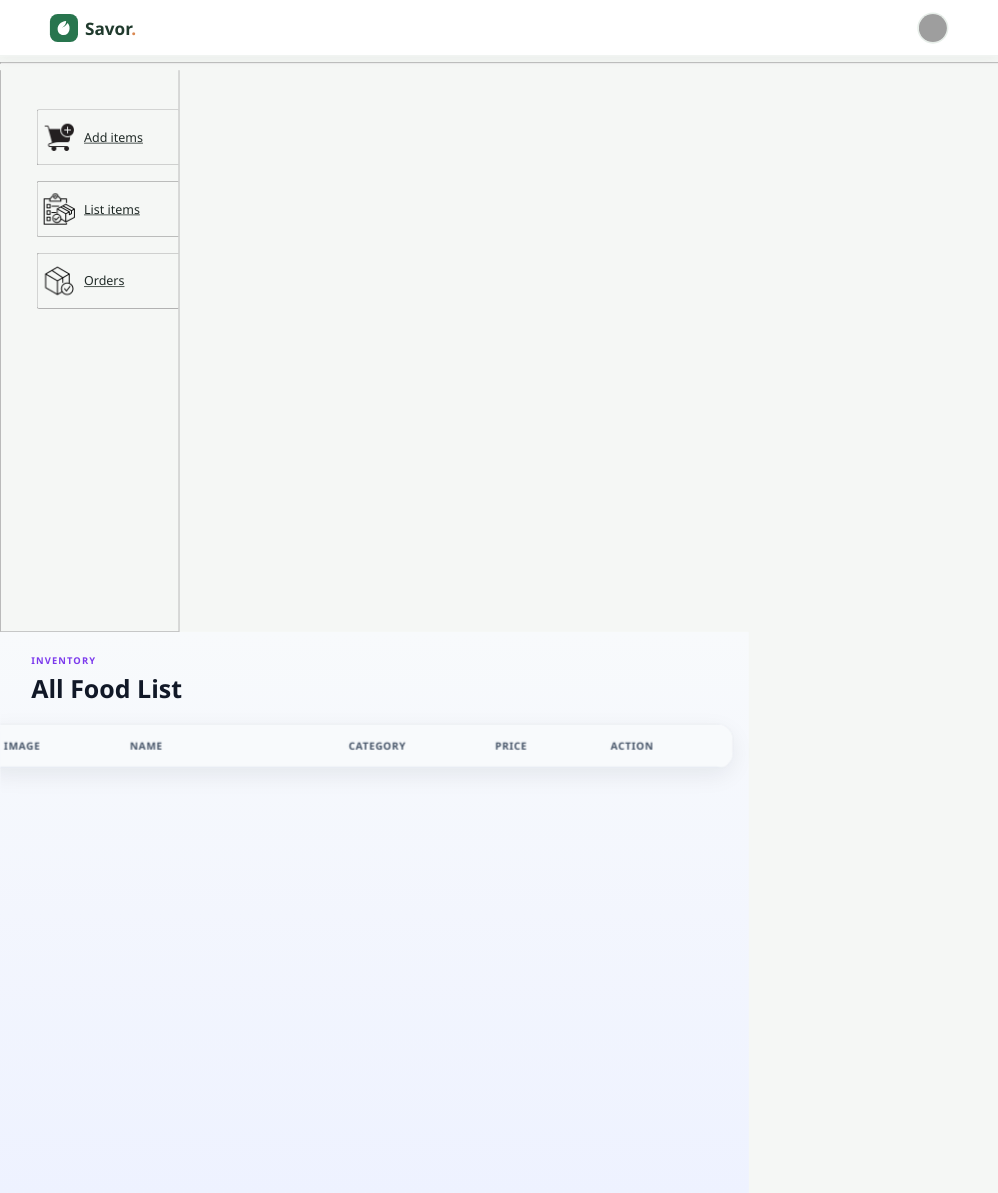
Repository: prince44991/Ecommerce-Project-Full-Stack
Page: /Listitem (app in admin/my-react-app/)
An editor plug-in stored every save of this project. The page is shown before and after the next save, followed by the edit.
The browser window is 1280 px wide. The pictures show the whole page, at 78% of full size.
Pictures or frames that could not be fetched are drawn as grey boxes. The page's requests for data from a server got no answer. The project was rebuilt for these pictures with package versions that can differ from the ones it lists, and the page was loaded fresh each time. No one was signed in, and anything a server would have sent is missing. Also part of the build but not shown: admin/my-react-app/vite.config.js, admin/my-react-app/src/pages/Add/Add.css, admin/my-react-app/src/pages/Add/Add.jsx, admin/my-react-app/src/pages/Order/Order.jsx.

Above is the page before, as saved 2026-09-30 16:13:54.

### admin/my-react-app/index.html
<!doctype html>
<html lang="en">
  <head>
    <meta charset="UTF-8" />
    <link rel="icon" type="image/svg+xml" href="/favicon.svg" />
    <meta name="viewport" content="width=device-width, initial-scale=1.0" />
    <title>my-react-app</title>
  </head>
  <body>
    <div id="root"></div>
    <script type="module" src="/src/main.jsx"></script>
  </body>
</html>

### admin/my-react-app/src/index.css
:root {
  font-family: 'DM Sans', 'Segoe UI', sans-serif;
  font-synthesis: none;
  text-rendering: optimizeLegibility;
  -webkit-font-smoothing: antialiased;
  -moz-osx-font-smoothing: grayscale;
  font-optical-sizing: auto;
  font-weight: 400;
  color: #202a27;
  background: #f5f7f5;
}

* {
  box-sizing: border-box;
}

body {
  min-width: 320px;
  min-height: 100vh;
  margin: 0;
}

button,
input {
  font: inherit;
}

a {
  color: inherit;
}

### admin/my-react-app/src/App.jsx
import Navbar from './components/Navbar/Navbar.jsx'
import Sliderbar from './components/Sliderbar/Sliderbar.jsx'
import { BrowserRouter, Route, Routes } from "react-router-dom"
import Add from './pages/Add/Add.jsx'
import Order from './pages/Order/Order.jsx'
import List from './pages/List/List.jsx'
import { ToastContainer, toast } from 'react-toastify';
function App() {
  return (
    <>
    <BrowserRouter>
    <ToastContainer/>
    <Navbar />
    <hr/>
    <Sliderbar/>
    <Routes>
      <Route path='/Additem' element={<Add/>} />
      <Route path='/Listitem' element={<List/>} />
      <Route path='/Orders' element={<Order/>} />
    </Routes>
    </BrowserRouter>
    </>
  )
}

export default App

### admin/my-react-app/src/components/Navbar/Navbar.jsx
import React from 'react'
import './Navbar.css'

const Navbar = () => {
  return (
    <header className="navbar">
      <a className="navbar__brand" href="#dashboard" aria-label="Savor admin dashboard">
        <span className="navbar__logo" aria-hidden="true">
          <svg viewBox="0 0 32 32" fill="none">
            <path d="M16 27c-6.2 0-10-4.2-10-9.7C6 11.6 10.5 6 19.5 5c-.2 5.6-2.7 8.3-6.8 10.2 3.4-1.1 7-3.7 9.2-7.4C27.7 14 24.8 27 16 27Z" fill="currentColor" />
            <path d="M9 23c3.2-4.2 6.1-6.3 10.8-8.4" stroke="white" strokeWidth="1.8" strokeLinecap="round" />
          </svg>
        </span>
        <span className="navbar__name">Savor<span>.</span></span>
      </a>

      <img
        className="navbar__avatar"
        src="https://images.unsplash.com/photo-1534528741775-53994a69daeb?auto=format&fit=crop&w=128&h=128&q=80"
        alt="Admin profile"
      />
    </header>
  )
}

export default Navbar

### admin/my-react-app/src/components/Sliderbar/Sliderbar.jsx
import React from 'react'
import './Sliderbar.css'
import item from '../../assets/add-to-cart.png';
import list from '../../assets/list-items.png';
import order from '../../assets/package.png';
import { NavLink } from 'react-router-dom';
const Sliderbar = () => {
  return (
    <div>
    <div className="sidebar">
        <div className="sidbar-options">
            <div className="sidbar-option">
                <img src={item} alt="" />
                <NavLink to="/Additem"><p className='par'>Add items</p></NavLink>
            </div>
            <div className="sidbar-option">
                <img src={list} alt="" />
                <NavLink to="/Listitem"><p className='par'>List items</p></NavLink>
            </div>
            <div className="sidbar-option">
                <img src={order} alt="" />
                <NavLink to="/Orders"><p className='par'>Orders</p></NavLink>
            </div>
        </div>
    </div>
    </div>
  )
}

export default Sliderbar

### admin/my-react-app/src/pages/List/List.jsx
import axios from 'axios';
import { useEffect, useState } from 'react';
import './List.css';

const List = () => {
  const [display, setDisplay] = useState([]);

  const datafetch = async () => {
    try {
      const url = 'http://localhost:8001';
      const response = await axios.get(`${url}/view/product`);
      setDisplay(response.data.data);
    } catch (error) {
      console.error('Error fetching products:', error);
      setDisplay([]);
    }
  };

  useEffect(() => {
    datafetch();
  }, []);

  return (
    <div className="list-page">
      <div className="list-header ">
        <div className='head'>
          <p className="eyebrow">Inventory</p>
          <h2>All Food List</h2>
        </div>

      </div>

      <div className="list-table-wrapper">
        <div className="list-table-format title">
          <b>Image</b>
          <b>Name</b>
          <b>Category</b>
          <b>Price</b>
          <b>Action</b>
        </div>

        {display.map((r, index) => (
          <div key={index} className="list-table-format row">
            <img
              src={`http://localhost:8001/uploads/${r.image}`}
              alt={r.productname}
            />

            <div className="food-info">
              <p className="food-name">{r.productname}</p>
              <span className="food-desc">{r.description}</span>
            </div>

            <p className="category-pill">{r.catagory}</p>
            <p className="price-tag">₹{r.price}</p>

            <div className="action-cell">
              <button type="button" className="row-action">*</button>
            </div>
          </div>
        ))}
      </div>
    </div>
  );
};

export default List;

### admin/my-react-app/src/components/Navbar/Navbar.css
.navbar {
	display: flex;
	width: 100%;
	min-height: 72px;
	align-items: center;
	justify-content: space-between;
	gap: 24px;
	padding: 0 clamp(18px, 5vw, 64px);
	border-bottom: 1px solid #e8eeea;
	background: #fff;
	box-shadow: 0 3px 14px rgb(30 59 43 / 5%);
}

.navbar__brand {
	display: inline-flex;
	flex: 0 0 auto;
	align-items: center;
	gap: 9px;
	color: #203a2d;
	text-decoration: none;
}

.navbar__logo {
	display: grid;
	width: 36px;
	height: 36px;
	place-items: center;
	border-radius: 10px;
	color: #fff;
	background: #28754e;
}

.navbar__logo svg {
	width: 26px;
	height: 26px;
}

.navbar__name {
	font-size: 22px;
	font-weight: 700;
}

.navbar__name span {
	color: #d98750;
}

.navbar__avatar {
	width: 40px;
	height: 40px;
	flex: 0 0 auto;
	border: 2px solid #e7eee9;
	border-radius: 50%;
	object-fit: cover;
	object-position: center 38%;
}

.navbar__brand:focus-visible {
	outline: 2px solid #28754e;
	outline-offset: 4px;
}

@media (max-width: 560px) {
	.navbar {
		min-height: 64px;
		gap: 18px;
		padding: 0 18px;
	}
}

### admin/my-react-app/src/components/Sliderbar/Sliderbar.css
img{
    width: 40px;
}

.sidebar{
    width: 18%;
     min-height: 100vh;
    border: 1.5px solid #a9a9a9;
    border-top: 0;
}
.sidbar-options{
    padding-top: 50px;
    padding-left: 20%;
    display: flex;
    flex-direction: column;
    gap: 20px;
}
.sidbar-option{
    display: flex;
     align-items: center;
    gap: 12px;
    border: 1px solid #a9a9a9;
    border-right: 0;
    padding: 8px;
    border-radius: 3px 0px 0px 3px;
    cursor: pointer;
     /* text-decoration: none; */
}
.par{
    text-decoration: none;
}

### admin/my-react-app/src/pages/List/List.css
.list-page {
  max-width: 1000px;
  margin: 0 auto;
  padding: 28px 20px;
  background: linear-gradient(180deg, #f8fafc 0%, #eef2ff 100%);
  min-height: 100vh;
  font-family: 'Segoe UI', Tahoma, Geneva, Verdana, sans-serif;
  margin-left: -40px;
}

.list-header {
  display: flex;
  justify-content: space-between;
  align-items: center;
  margin-bottom: 24px;
}

.eyebrow {
  margin: 0 0 6px;
  font-size: 12px;
  letter-spacing: 0.12em;
  text-transform: uppercase;
  color: #7c3aed;
  font-weight: 700;
  /* margin-left: 20px; */
}
.head{
    margin-left: 60px;
}

.list-header h2 {
  margin: 0;
  font-size: 32px;
  color: #111827;
}

.add-btn {
  border: none;
  background: linear-gradient(135deg, #7c3aed, #4f46e5);
  color: white;
  padding: 12px 18px;
  border-radius: 12px;
  font-weight: 600;
  cursor: pointer;
  box-shadow: 0 10px 20px rgba(124, 58, 237, 0.2);
  transition: transform 0.2s ease;
}

.add-btn:hover {
  transform: translateY(-1px);
}

.list-table-wrapper {
  max-width: 980px;
  margin: 0 auto;
  background: rgba(255, 255, 255, 0.8);
  backdrop-filter: blur(6px);
  border: 1px solid rgba(148, 163, 184, 0.18);
  border-radius: 20px;
  box-shadow: 0 10px 30px rgba(15, 23, 42, 0.08);
  overflow: hidden;
}

.list-table-format {
  display: grid;
  grid-template-columns: 1.1fr 2fr 1.3fr 1fr 1fr;
  align-items: center;
  gap: 16px;
  padding: 18px 24px;
}

.list-table-format.title {
  background: #f8fafc;
  border-bottom: 1px solid #e2e8f0;
  color: #475569;
  font-size: 13px;
  text-transform: uppercase;
  letter-spacing: 0.06em;
}

.list-table-format.row {
  border-bottom: 1px solid #edf2f7;
  background: white;
  transition: background 0.2s ease;
}

.list-table-format.row:last-child {
  border-bottom: none;
}

.list-table-format.row:hover {
  background: #faf5ff;
}

.list-table-format img {
  width: 72px;
  height: 72px;
  object-fit: cover;
  border-radius: 14px;
  border: 1px solid #e2e8f0;
  background: #f1f5f9;
}

.food-info {
  display: flex;
  flex-direction: column;
  gap: 4px;
}

.food-name {
  margin: 0;
  font-size: 16px;
  font-weight: 700;
  color: #111827;
}

.food-desc {
  color: #64748b;
  font-size: 12px;
  line-height: 1.4;
}

.category-pill {
  margin: 0;
  display: inline-flex;
  justify-self: start;
  padding: 8px 12px;
  border-radius: 999px;
  background: #ede9fe;
  color: #6d28d9;
  font-size: 12px;
  font-weight: 700;
}

.price-tag {
  margin: 0;
  font-size: 16px;
  font-weight: 700;
  color: #0f172a;
}

.action-cell {
  display: flex;
  justify-content: flex-end;
}

.row-action {
  border: none;
  background: #ecfdf5;
  color: #047857;
  padding: 10px 14px;
  border-radius: 10px;
  font-weight: 700;
  cursor: pointer;
}

@media (max-width: 768px) {
  .list-page {
    padding: 16px;
  }

  .list-header {
    flex-direction: column;
    align-items: flex-start;
    gap: 16px;
  }

  .list-table-wrapper {
    overflow-x: auto;
  }

  .list-table-format {
    min-width: 620px;
  }
}

Loaded but not shown: admin/my-react-app/src/main.jsx (common file)

After the next save:
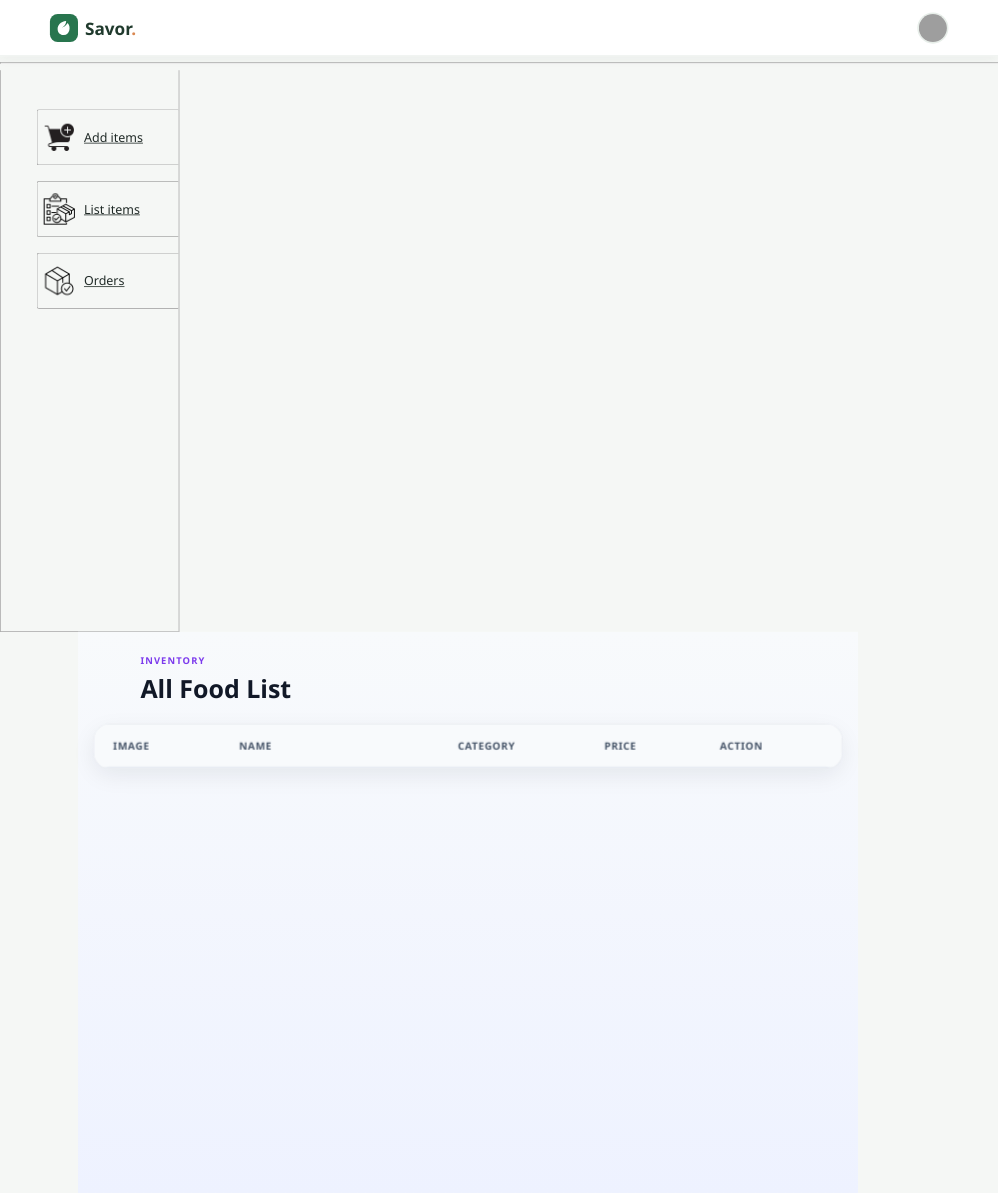
Saved 9 s later.
--- a/admin/my-react-app/src/pages/List/List.css
+++ b/admin/my-react-app/src/pages/List/List.css
@@ -5,7 +5,7 @@
   background: linear-gradient(180deg, #f8fafc 0%, #eef2ff 100%);
   min-height: 100vh;
   font-family: 'Segoe UI', Tahoma, Geneva, Verdana, sans-serif;
-  margin-left: -40px;
+  margin-left: 100px;
 }
 
 .list-header {
